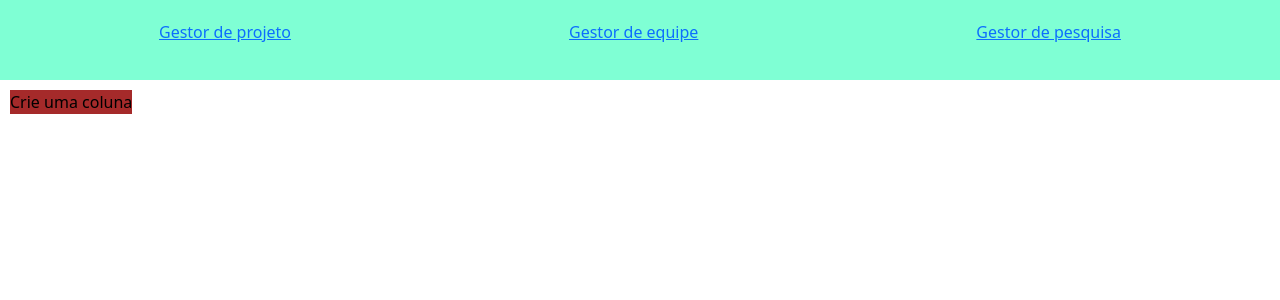
Repository: shadowruge/kanban
Page: index.html
These files come from the project's save history. The page is drawn as it stood at one moment and after the next save; the edit follows.
The browser window is 1280 px wide. The pictures show the whole page.

Above is the page before, as saved 2021-06-12 20:44:28.

### index.html
<!DOCTYPE html>
<html lang="en">
  <head>
    <meta charset="UTF-8" />
    <meta http-equiv="X-UA-Compatible" content="IE=edge" />
    <meta name="viewport" content="width=device-width, initial-scale=1.0" />
    <script src="https://cdn.jsdelivr.net/npm/@popperjs/core@2.9.2/dist/umd/popper.min.js" integrity="sha384-IQsoLXl5PILFhosVNubq5LC7Qb9DXgDA9i+tQ8Zj3iwWAwPtgFTxbJ8NT4GN1R8p" crossorigin="anonymous"></script>
<script src="https://cdn.jsdelivr.net/npm/bootstrap@5.0.1/dist/js/bootstrap.min.js" integrity="sha384-Atwg2Pkwv9vp0ygtn1JAojH0nYbwNJLPhwyoVbhoPwBhjQPR5VtM2+xf0Uwh9KtT" crossorigin="anonymous"></script>

    <script src="https://cdn.jsdelivr.net/npm/bootstrap@5.0.1/dist/js/bootstrap.bundle.min.js" integrity="sha384-gtEjrD/SeCtmISkJkNUaaKMoLD0//ElJ19smozuHV6z3Iehds+3Ulb9Bn9Plx0x4" crossorigin="anonymous"></script>
    <link href="https://cdn.jsdelivr.net/npm/bootstrap@5.0.1/dist/css/bootstrap.min.css" rel="stylesheet" integrity="sha384-+0n0xVW2eSR5OomGNYDnhzAbDsOXxcvSN1TPprVMTNDbiYZCxYbOOl7+AMvyTG2x" crossorigin="anonymous">
    <link rel="stylesheet" href="style.css" />

    <title id="Description">Shadow Kanban</title>
  </head>
  <header>
    <nav class="nav">
      <p><a href="#">Gestor de projeto</a></p>
      <p><a href="#">Gestor de equipe</a></p>
      <p><a href="#">Gestor de pesquisa</a></p>

    </nav>
  </header>
  <body>

    <!--botão-->
    <button onclick="myFunction()">Crie uma coluna</button>


  <div class="Linha" style="width:600px;">
    <!-- RECEBE DIVS DINAMICAS -->
    </div>

  </body>
  <script>
    function myFunction() {
      var x = document.createElement("textarea");
      var t = document.createTextNode("Click me");
      x.appendChild(t);
      document.body.appendChild(x);
    }
  </script>
</html>

### style.css
/* setando html */
* {

  margin: 0;
  padding: 0;
  border: 0;

}

/* nav confi fora da tag body */

.nav {

  background-color:aquamarine;
  padding: 20px;
  flex-wrap: wrap;
  display: flex;
  justify-content: space-around;

}

  button {

    color: w;
    background-color: brown;
  margin-top: 10px;
  margin-left: 10px;
  }

After the next save:
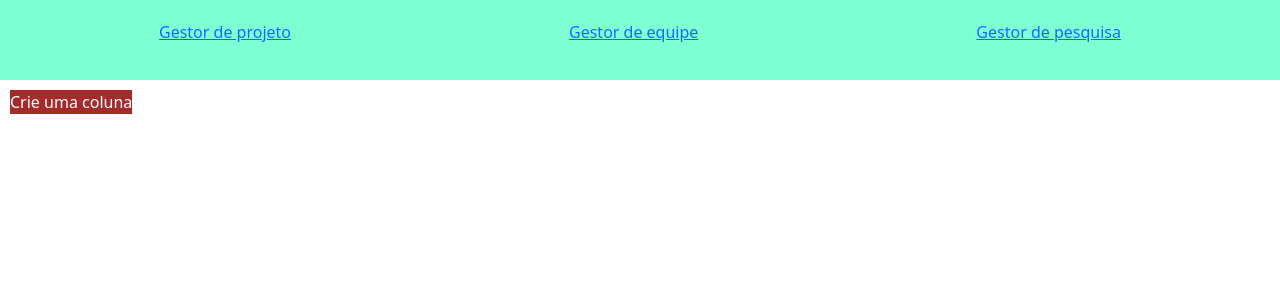
Saved 4 s later.
--- a/style.css
+++ b/style.css
@@ -21,7 +21,7 @@
 
   button {
 
-    color: w;
+    color: white;
     background-color: brown;
   margin-top: 10px;
   margin-left: 10px;
